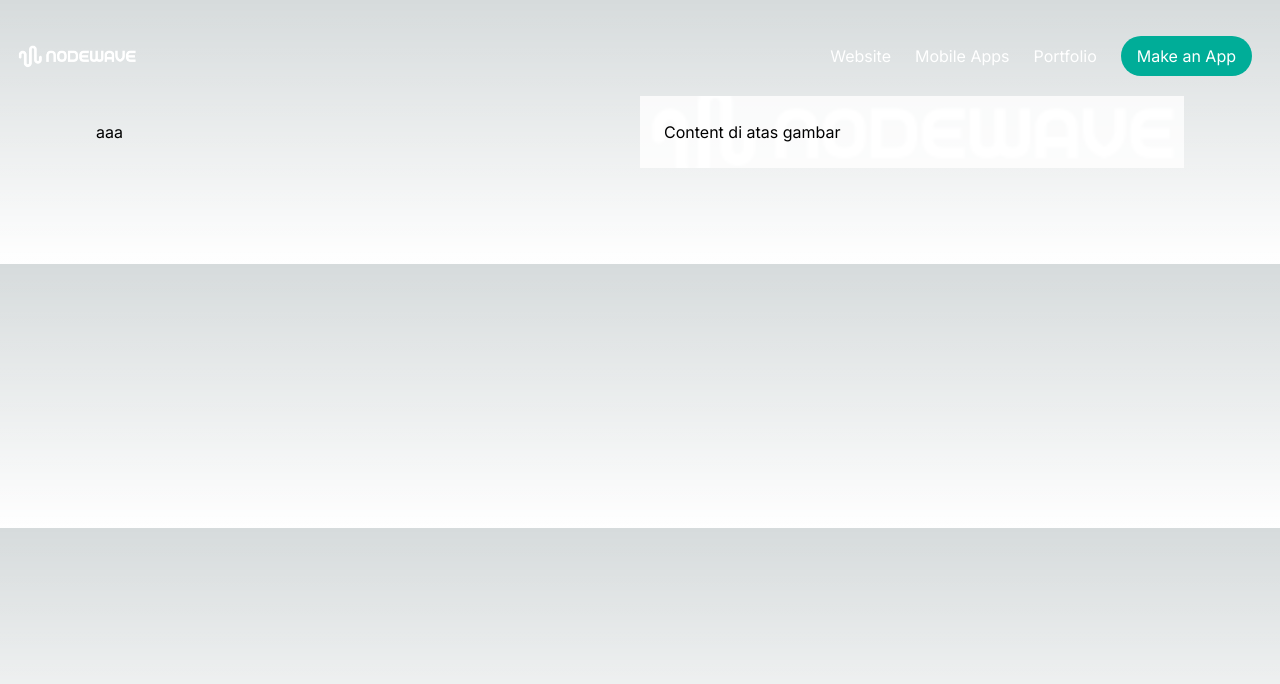
Repository: farrelmuhammad/nodewave
Page: /
These files come from the project's save history. The page is drawn as it stood at one moment and after the next save; the edit follows.
The browser window is 1280 px wide. The pictures show the whole page.
The project was rebuilt for these pictures with package versions that can differ from the ones it lists, and the page was loaded fresh each time. The framework's server and built-in components were replaced by stand-ins that run in the browser. Also part of the build but not shown: next.config.js.

Above is the page before, as saved 2023-09-08 12:56:10.

After the next save:
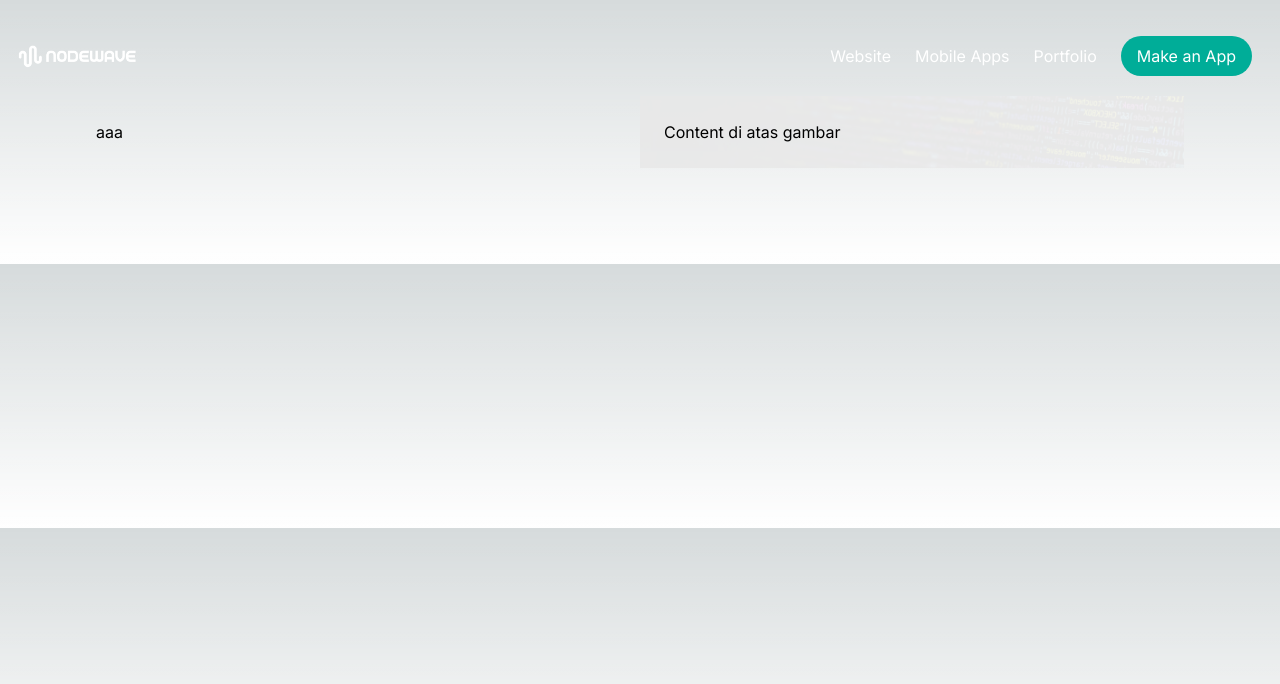
Saved 11 s later.
--- a/src/components/Hero.jsx
+++ b/src/components/Hero.jsx
@@ -8,7 +8,7 @@
         <div
           className="absolute top-0 left-0 w-full h-full bg-cover bg-center"
           style={{
-            backgroundImage: 'url("/assets/Logo.png")', // Ganti dengan path gambar Anda
+            backgroundImage: 'url("/assets/background.png")', // Ganti dengan path gambar Anda
           }}
         ></div>
         <div className="relative z-10 p-6 bg-white bg-opacity-80">
